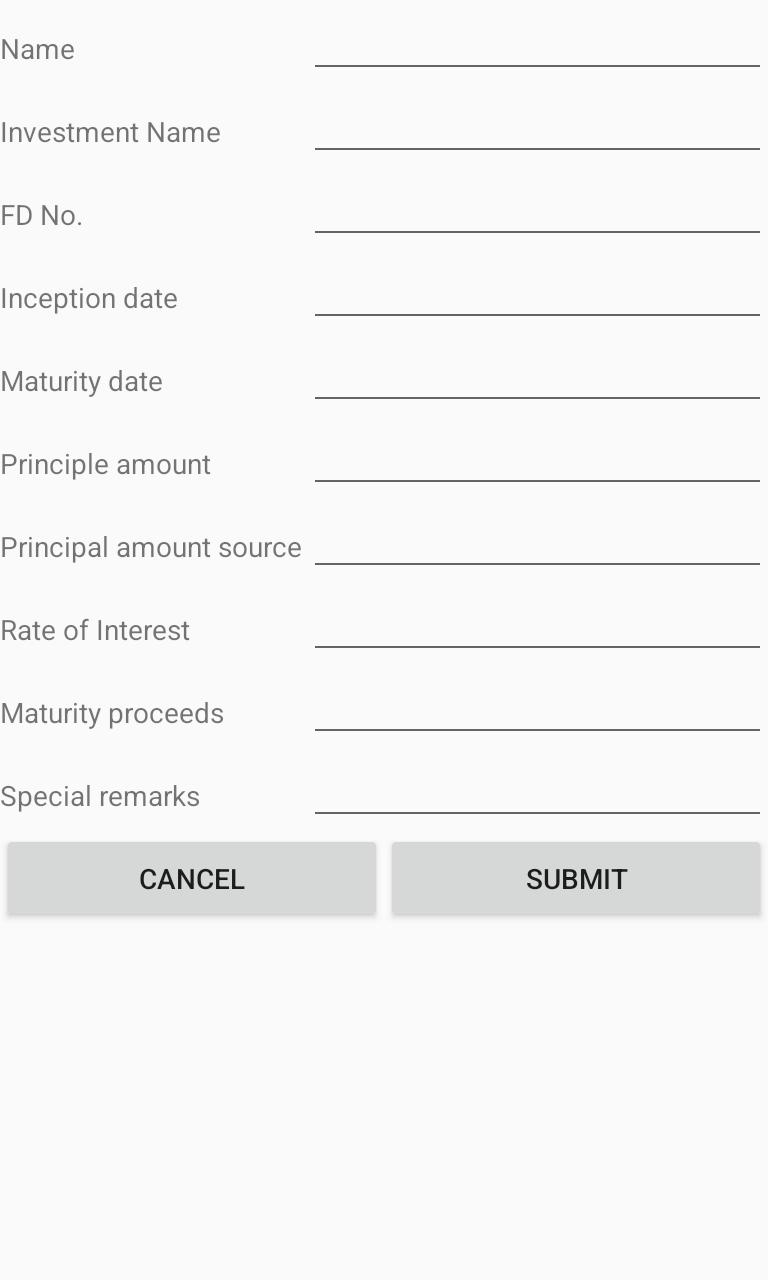
Repository: apoorvelec/AndroidApps
Layout: Investofolio/res/layout/activity_add_investment.xml
An editor plug-in stored every save of this project. The layout is shown before and after the next save, followed by the edit.
It is drawn on a 768 x 1280 px phone screen (xhdpi) without system bars, with theme AppTheme; the app's code is not run.

Above is the layout before, as saved 2017-01-06 06:29:09.

### Investofolio/res/layout/activity_add_investment.xml
<?xml version="1.0" encoding="utf-8"?>
<LinearLayout xmlns:android="http://schemas.android.com/apk/res/android"
    xmlns:tools="http://schemas.android.com/tools"
    android:layout_width="match_parent"
    android:layout_height="match_parent"
    android:orientation="vertical"
    tools:ignore="TextFields,HardcodedText,UselessParent" >

    <!-- Policy holder's name -->
    <LinearLayout
        android:layout_width="match_parent"
        android:layout_height="wrap_content"
        android:orientation="horizontal" >

        <TextView
            android:layout_width="0dp"
            android:layout_height="20dp"
            android:layout_weight="0.4"
            android:text="Name" />

        <EditText
            android:id="@+id/policy_holder_name"
            android:layout_width="0dp"
            android:layout_height="wrap_content"
            android:layout_weight="0.6"
            android:ems="10" />
    </LinearLayout>

    <!-- Name of Investment -->
    <LinearLayout
        android:layout_width="match_parent"
        android:layout_height="wrap_content"
        android:orientation="horizontal" >

        <TextView
            android:layout_width="0dp"
            android:layout_height="40dp"
            android:layout_weight="0.4"
            android:text="Investment Name" />

        <EditText
            android:id="@+id/investment_name"
            android:layout_width="0dp"
            android:layout_height="wrap_content"
            android:layout_weight="0.6"
            android:ems="10" />
    </LinearLayout>

    <!-- FD number -->
    <LinearLayout
        android:layout_width="match_parent"
        android:layout_height="wrap_content"
        android:orientation="horizontal" >

        <TextView
            android:layout_width="0dp"
            android:layout_height="wrap_content"
            android:layout_weight="0.4"
            android:text="FD No." />

        <EditText
            android:id="@+id/fixed_deposit_number"
            android:layout_width="0dp"
            android:layout_height="wrap_content"
            android:layout_weight="0.6"
            android:ems="10" />
    </LinearLayout>

    <!-- Date of Inception -->
    <LinearLayout
        android:layout_width="match_parent"
        android:layout_height="wrap_content"
        android:orientation="horizontal" >

        <TextView
            android:layout_width="0dp"
            android:layout_height="wrap_content"
            android:layout_weight="0.4"
            android:text="Inception date" />

        <EditText
            android:id="@+id/inception_date"
            android:layout_width="0dp"
            android:layout_height="wrap_content"
            android:layout_weight="0.6"
            android:ems="10" />
    </LinearLayout>

    <!-- Date of Maturity -->
    <LinearLayout
        android:layout_width="match_parent"
        android:layout_height="wrap_content"
        android:orientation="horizontal" >

        <TextView
            android:layout_width="0dp"
            android:layout_height="wrap_content"
            android:layout_weight="0.4"
            android:text="Maturity date" />

        <EditText
            android:id="@+id/maturity_date"
            android:layout_width="0dp"
            android:layout_height="wrap_content"
            android:layout_weight="0.6"
            android:ems="10" />
    </LinearLayout>

    <!-- Principal Amount -->
    <LinearLayout
        android:layout_width="match_parent"
        android:layout_height="wrap_content"
        android:orientation="horizontal" >

        <TextView
            android:layout_width="0dp"
            android:layout_height="wrap_content"
            android:layout_weight="0.4"
            android:text="Principle amount" />

        <EditText
            android:id="@+id/principal_amount"
            android:layout_width="0dp"
            android:layout_height="wrap_content"
            android:layout_weight="0.6"
            android:ems="10" />
    </LinearLayout>

    <!-- Source of principal amount -->
    <LinearLayout
        android:layout_width="match_parent"
        android:layout_height="wrap_content"
        android:orientation="horizontal" >

        <TextView
            android:layout_width="0dp"
            android:layout_height="wrap_content"
            android:layout_weight="0.4"
            android:text="Principal amount source" />

        <EditText
            android:id="@+id/principal_amount_source"
            android:layout_width="0dp"
            android:layout_height="wrap_content"
            android:layout_weight="0.6"
            android:ems="10" />
    </LinearLayout>

    <!-- Rate of interest in % -->
    <LinearLayout
        android:layout_width="match_parent"
        android:layout_height="wrap_content"
        android:orientation="horizontal" >

        <TextView
            android:layout_width="0dp"
            android:layout_height="wrap_content"
            android:layout_weight="0.4"
            android:text="Rate of Interest" />

        <EditText
            android:id="@+id/interest_rate"
            android:layout_width="0dp"
            android:layout_height="wrap_content"
            android:layout_weight="0.6"
            android:ems="10" />
    </LinearLayout>

    <!-- Maturity proceeds -->
    <LinearLayout
        android:layout_width="match_parent"
        android:layout_height="wrap_content"
        android:orientation="horizontal" >

        <TextView
            android:layout_width="0dp"
            android:layout_height="wrap_content"
            android:layout_weight="0.4"
            android:text="Maturity proceeds" />

        <EditText
            android:id="@+id/maturity_proceeds"
            android:layout_width="0dp"
            android:layout_height="wrap_content"
            android:layout_weight="0.6"
            android:ems="10" />
    </LinearLayout>

    <!-- Special Remarks -->
    <LinearLayout
        android:layout_width="match_parent"
        android:layout_height="wrap_content"
        android:orientation="horizontal" >

        <TextView
            android:layout_width="0dp"
            android:layout_height="wrap_content"
            android:layout_weight="0.4"
            android:text="Special remarks" />

        <EditText
            android:id="@+id/special_remarks"
            android:layout_width="0dp"
            android:layout_height="wrap_content"
            android:layout_weight="0.6"
            android:ems="10" />
    </LinearLayout>

    <!-- Policy holder's name -->
    <LinearLayout
        android:layout_width="match_parent"
        android:layout_height="wrap_content"
        android:orientation="horizontal" >

        <Button
            android:layout_width="0dp"
            android:layout_height="wrap_content"
            android:layout_weight="0.5"
            android:text="Cancel" />

        <Button
            android:layout_width="0dp"
            android:layout_height="wrap_content"
            android:layout_weight="0.5"
            android:text="Submit" />
    </LinearLayout>

</LinearLayout>

### Investofolio/res/values/styles.xml
<resources>

    <!--
        Base application theme, dependent on API level. This theme is replaced
        by AppBaseTheme from res/values-vXX/styles.xml on newer devices.
    -->
    <style name="AppBaseTheme" parent="Theme.AppCompat.Light">
        <!--
            Theme customizations available in newer API levels can go in
            res/values-vXX/styles.xml, while customizations related to
            backward-compatibility can go here.
        -->
    </style>

    <!-- Application theme. -->
    <style name="AppTheme" parent="AppBaseTheme">
        <!-- All customizations that are NOT specific to a particular API-level can go here. -->
    </style>
	<color name="button_color">#eaeaea</color>
	<color name="button_font_color">#ff0000</color>
</resources>

Loaded but not shown: Investofolio/res/values-v11/styles.xml (common file); Investofolio/res/values-v14/styles.xml (common file)

After the next save:
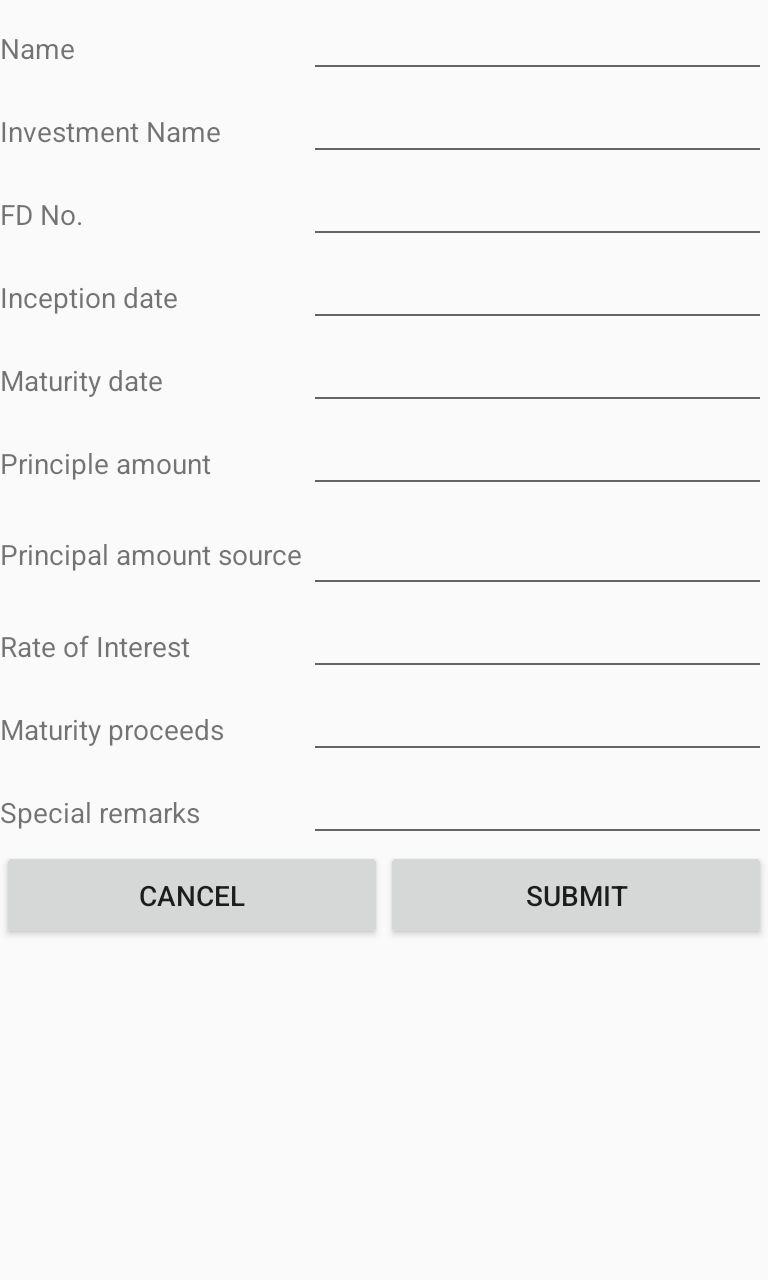
Saved 56 s later.
--- a/Investofolio/res/layout/activity_add_investment.xml
+++ b/Investofolio/res/layout/activity_add_investment.xml
@@ -141,7 +141,7 @@
         <EditText
             android:id="@+id/principal_amount_source"
             android:layout_width="0dp"
-            android:layout_height="wrap_content"
+            android:layout_height="50dp"
             android:layout_weight="0.6"
             android:ems="10" />
     </LinearLayout>
